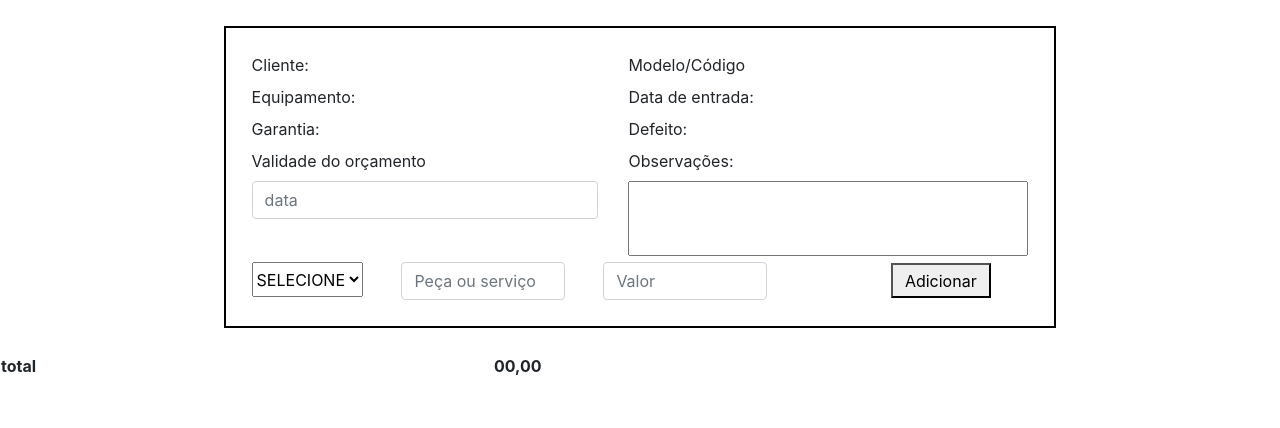
Repository: gabrielfeliphe/AssistenciaTecnica
Page: PI-AssistenciaTecnica/WebContent/pages/manutencao/funcoes/realizar_orcamento.html
An editor plug-in stored every save of this project. The page is shown before and after the next save, followed by the edit.
The browser window is 1280 px wide. The pictures show the whole page.
Some web libraries are served in a nearby version.

Above is the page before, as saved 2021-10-15 00:32:26.
Console error: TypeError: Cannot read properties of undefined (reading 'fn')

After the next save:
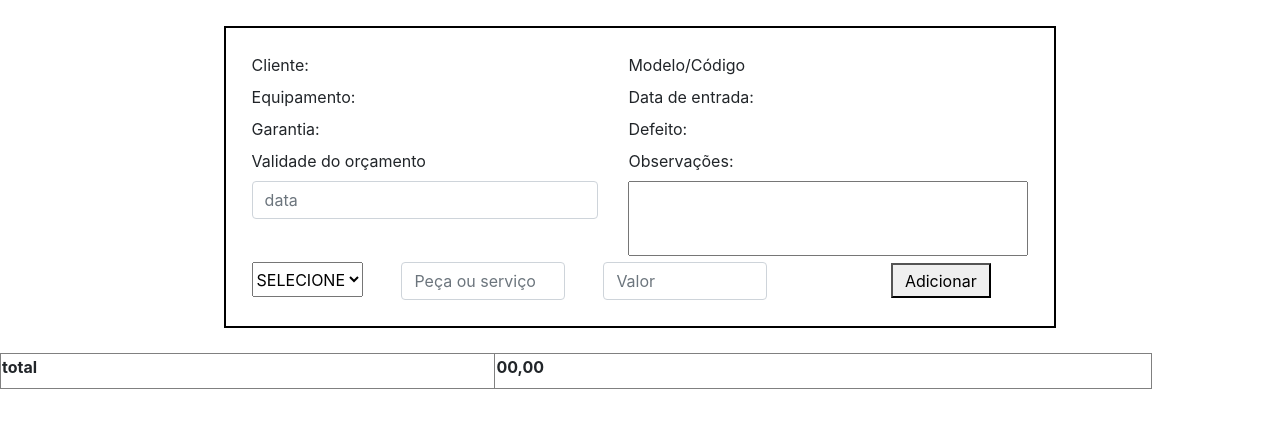
Saved 21 s later.
--- a/PI-AssistenciaTecnica/WebContent/pages/manutencao/funcoes/realizar_orcamento.html
+++ b/PI-AssistenciaTecnica/WebContent/pages/manutencao/funcoes/realizar_orcamento.html
@@ -44,7 +44,7 @@
 
 <div id="peca-servico" class="tabela-lista"></div>
 
-<table>
+<table border="1px">
 <th>
 <label>total</label> <!-- provavelmente vou incorporar numa tabela sem borda -->
 </th>
